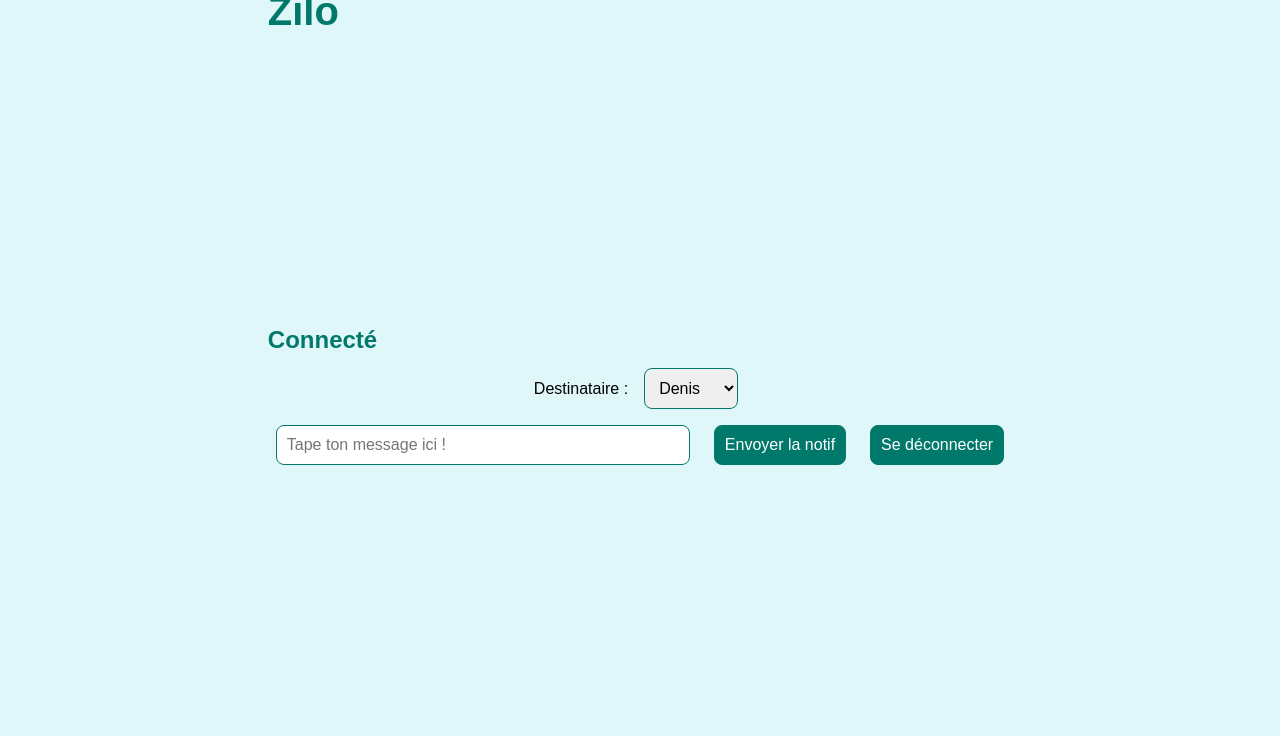
Repository: nlagardere/LumoNet
Page: public/index.html
An editor plug-in stored every save of this project. The page is shown before and after the next save, followed by the edit.
The browser window is 1280 px wide. The pictures show the whole page.

Above is the page before, as saved 2025-08-18 19:59:38.

### public/index.html
<!DOCTYPE html>
<html lang="fr">
<head>
  <meta charset="UTF-8" />
  <meta name="viewport" content="width=device-width, initial-scale=1.0" />
  <title>Zilo</title>
  <style>
    body {
      font-family: Arial, sans-serif;
      display:flex; flex-direction:column;
      align-items:center; justify-content:center;
      height:100vh; background:#e0f7fa;
    }

    h1, h2 {
      color:#00796b;
      margin:6px 0;
    }

    select, input, button {
      margin:8px;
      padding:10px;
      font-size:16px;
      border-radius:8px;
      border:1px solid #00796b;
    }

    button {
      background:#00796b;
      color:#fff;
      cursor:pointer;
    }

    button:hover{
      background:#004d40;
    }

    .row{
      display:flex;
      gap:8px;
      flex-wrap:wrap;
      align-items:center;
      justify-content:center;
    }


     .card h1 {
      font-size:2.5em;
      margin-bottom:12px;
      position: relative;
      top: -280px;
     }


  </style>
</head>
<body>
  <div class="card">
    <h1>Zilo</h1>
    <h2 id="welcome">Connecté</h2>

    <div class="row">
      <label for="recipient">Destinataire :</label>
      <select id="recipient">
        <option value="denis">Denis</option>
        <option value="nathan">Nathan</option>
      </select>
    </div>

    <div class="row">
      <input id="message" type="text" placeholder="Tape ton message ici !" size="40" />
      <button id="send">Envoyer la notif</button>
      <button id="logout">Se déconnecter</button>
    </div>
  </div>

  <script>
    const messageInput = document.getElementById('message');

    async function send(){
      const recipient = document.getElementById('recipient').value;
      const message = messageInput.value.trim();
      if(!message){ alert('Écris un message !'); return; }

      const res = await fetch('/api/send', {
        method:'POST', headers:{'Content-Type':'application/json'},
        body: JSON.stringify({ recipient, message })
      });
      const data = await res.json();
      if(data.ok){
        messageInput.value = '';
        alert('Notification envoyée !');
      } else {
        if(res.status === 401){
          // non connecté → renvoie vers la connexion
          window.location.href = '/login.html';
        } else {
          alert('Erreur : ' + (data.error||'inconnue'));
        }
      }
    }

    async function logout(){
      await fetch('/api/logout');
      window.location.href = '/login.html';
    }

    document.getElementById('send').addEventListener('click', send);
    document.getElementById('logout').addEventListener('click', logout);
    messageInput.addEventListener('keydown', e => { if(e.key==='Enter') send(); });
  </script>
</body>
</html>

After the next save:
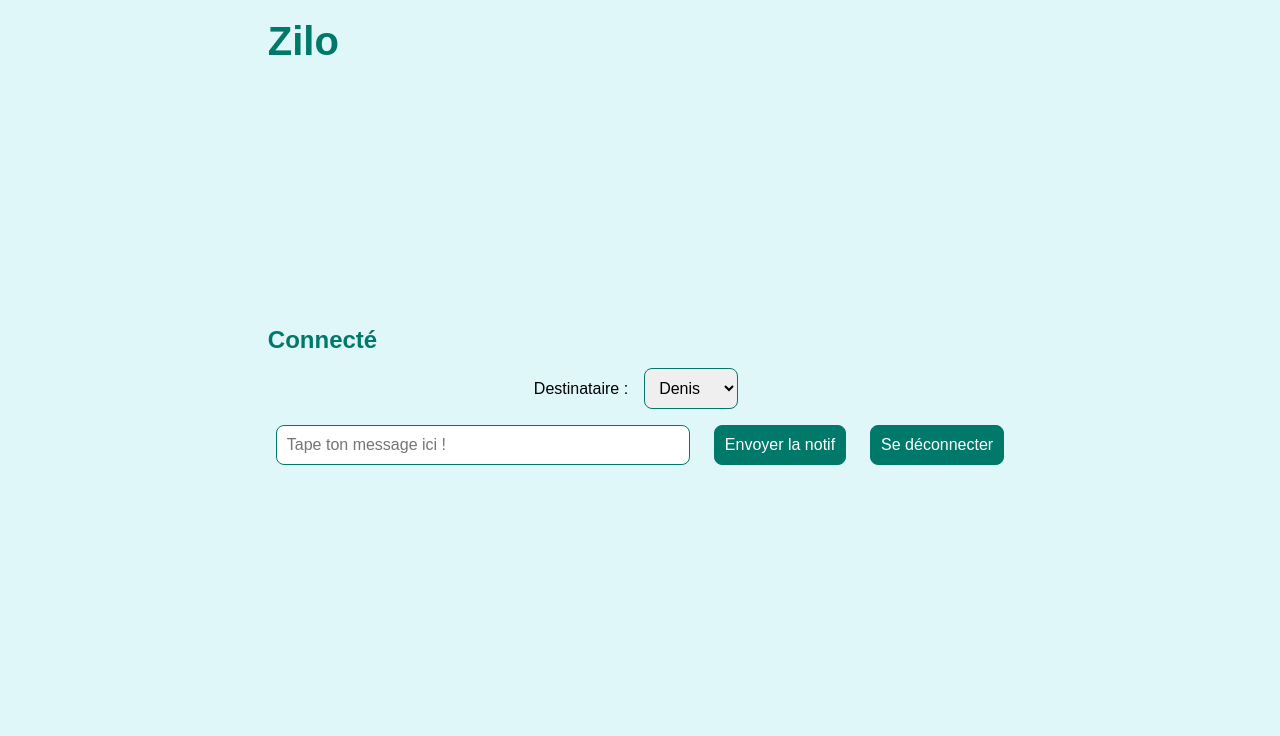
Saved 5 s later.
--- a/public/index.html
+++ b/public/index.html
@@ -48,7 +48,7 @@
       font-size:2.5em;
       margin-bottom:12px;
       position: relative;
-      top: -280px;
+      top: -250px;
      }
 
 
